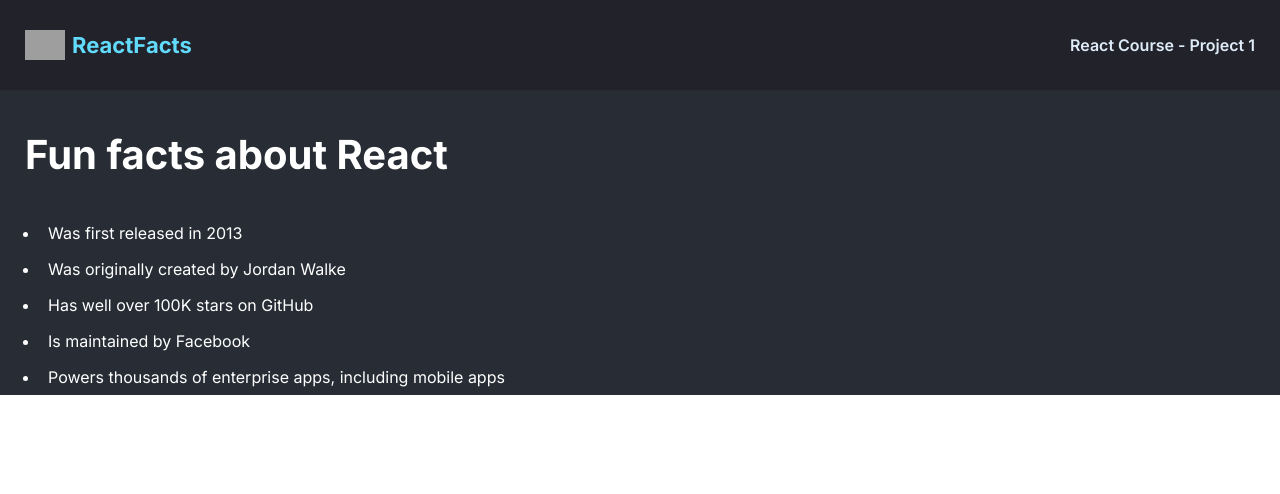
Repository: evemcd/scrimba-react2
Page: / (app in vite-react/)
These files come from the project's save history. The page is drawn as it stood at one moment and after the next save; the edit follows.
The browser window is 1280 px wide. The pictures show the whole page.
Pictures or frames that could not be fetched are drawn as grey boxes. The project was rebuilt for these pictures with package versions that can differ from the ones it lists, and the page was loaded fresh each time. Also part of the build but not shown: vite-react/vite.config.js.

Above is the page before, as saved 2023-08-04 12:07:40.

### vite-react/index.html
<!doctype html>
<html lang="en">

<head>
  <meta charset="UTF-8" />
  <meta name="viewport" content="width=device-width, initial-scale=1.0" />
  <link rel="preconnect" href="https://fonts.googleapis.com">
  <link rel="preconnect" href="https://fonts.gstatic.com" crossorigin>
  <link
    href="https://fonts.googleapis.com/css2?family=Inter:wght@400;600;700&family=Roboto+Condensed:wght@300;400;700&family=Roboto:ital,wght@0,400;0,700;0,900;1,300&display=swap"
    rel="stylesheet">
  <link rel="stylesheet" href="./src/index.css">
  <title>ReactFacts</title>
</head>

<body>
  <div id="root"></div>
  <script type="module" src="/src/index.jsx"></script>
</body>

</html>

### vite-react/src/index.css
* {
  box-sizing: border-box;
}

body {
  margin: 0;
  font-family: Inter, sans-serif;
}

nav {
  display: flex;
  align-items: center;
  background-color: #21222A;
  height: 90px;
  padding: 30px 25px;
}

.nav--icon {
  height: 30px;
  margin-right: 7px;
}

.nav--logo_text {
  color: #61DAFB;
  margin: 0;
  margin-right: auto;
  font-weight: 700;
  font-size: 22px;
}

.nav--title {
  margin: 0;
  color: #DEEBF8;
  font-weight: 600;
}

.main {
  background-color: #282D35;
  color: #FFFFFF;
}

.main>h2 {
  margin: 0;
  padding: 40px 25px 20px 25px;
  font-size: 40px;
}

.listElements {
  padding: 8px;
  font-size: 16px;
}

### vite-react/src/index.jsx
import React from 'react'
import ReactDOM from 'react-dom'
import App from './App.jsx'



ReactDOM.render(
  <App />,
  document.getElementById('root'))

### vite-react/src/App.jsx
import React from 'react'
import Navbar from './components/Navbar.jsx'
import Main from './components/Main.jsx'

export default function App() {
    return (
        <div className="container">
            <Navbar />
            <Main />
        </div>
    )
}

### vite-react/src/components/Navbar.jsx
import '../index.css'

export default function Navbar() {
    return (
        <nav>
            <img src="../../public/img/react-logo.png" className='nav--icon' />
            <h3 className='nav--logo_text'>ReactFacts</h3>
            <h4 className='nav--title'>React Course - Project 1</h4>
        </nav>
    )
}

### vite-react/src/components/Main.jsx
export default function Main() {
    return (
        <main className="main">
            <h2>Fun facts about React</h2>
            <ul className="factsList">
                <li className="listElements">Was first released in 2013</li>
                <li className="listElements">Was originally created by Jordan Walke</li>
                <li className="listElements">Has well over 100K stars on GitHub</li>
                <li className="listElements">Is maintained by Facebook</li>
                <li className="listElements">Powers thousands of enterprise apps, including mobile apps</li>
            </ul>
        </main>
    )
}

After the next save:
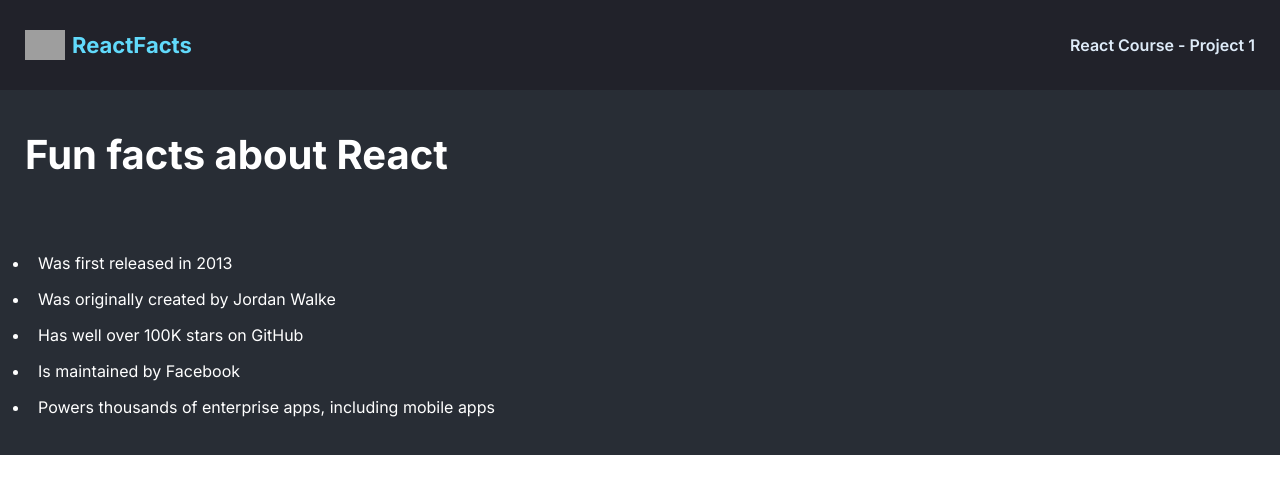
Saved 26 s later.
--- a/vite-react/src/index.css
+++ b/vite-react/src/index.css
@@ -45,6 +45,10 @@ nav {
   font-size: 40px;
 }
 
+.factsList {
+  padding: 30px;
+}
+
 .listElements {
   padding: 8px;
   font-size: 16px;
